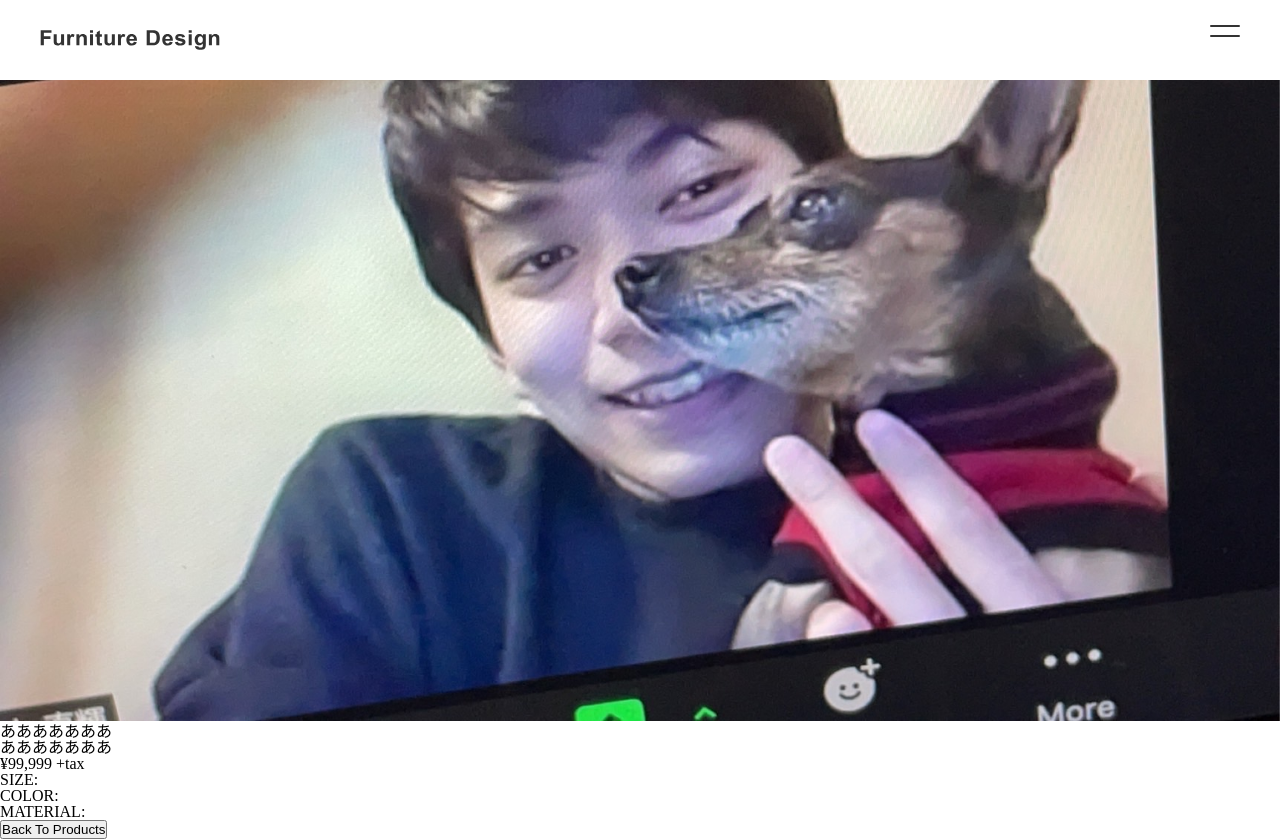
Repository: kohei23n/tenfeet
Page: menbers2/index.html
The author's editor kept a copy of each file at every save. The page is drawn from the files as they stood at one save, then again after a run of saves.
The browser window is 1280 px wide. The pictures show the whole page.

Above is the page before, as saved 2022-02-08 21:15:42.

After the next 4 saves:
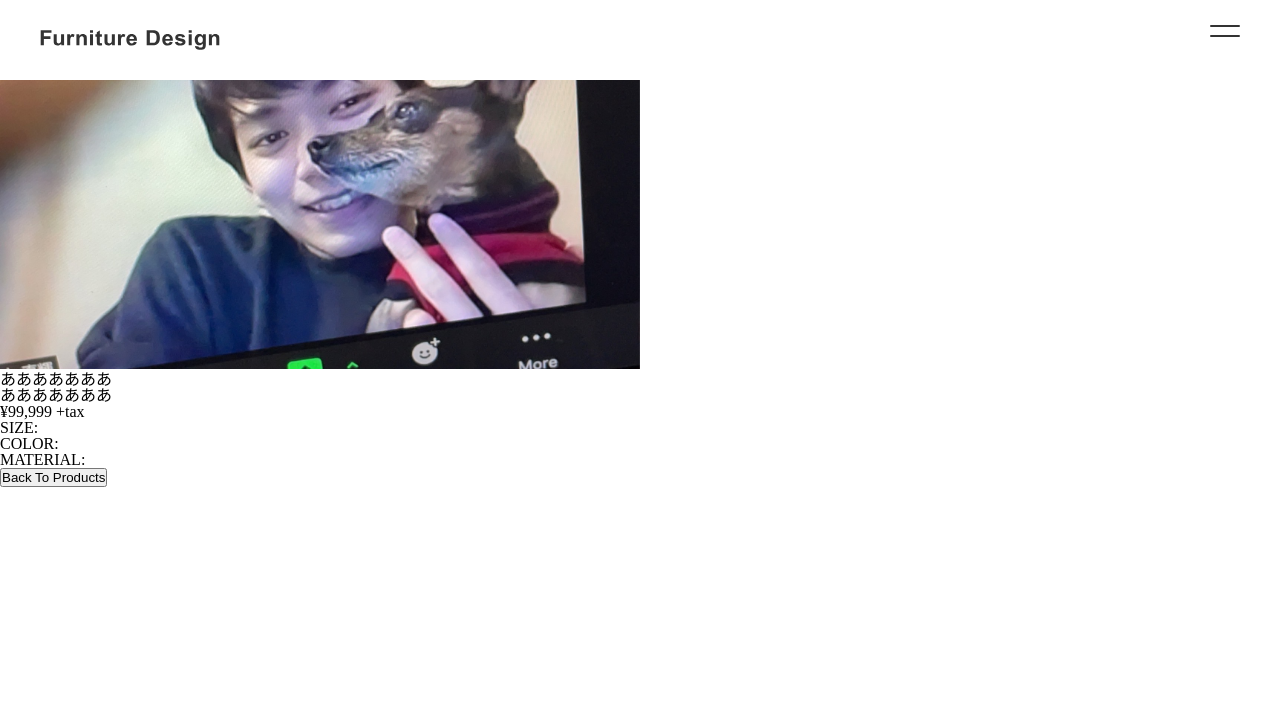
The 4 saves are shown as one change because they came seconds apart.
The last was saved 9 s later.
--- a/menbers2/menbers2.css
+++ b/menbers2/menbers2.css
@@ -98,5 +98,6 @@
 }
 
 .member_img{
-    width: 50;
+    width: 50%;
+    height: 50%;
 }

After the save that followed:
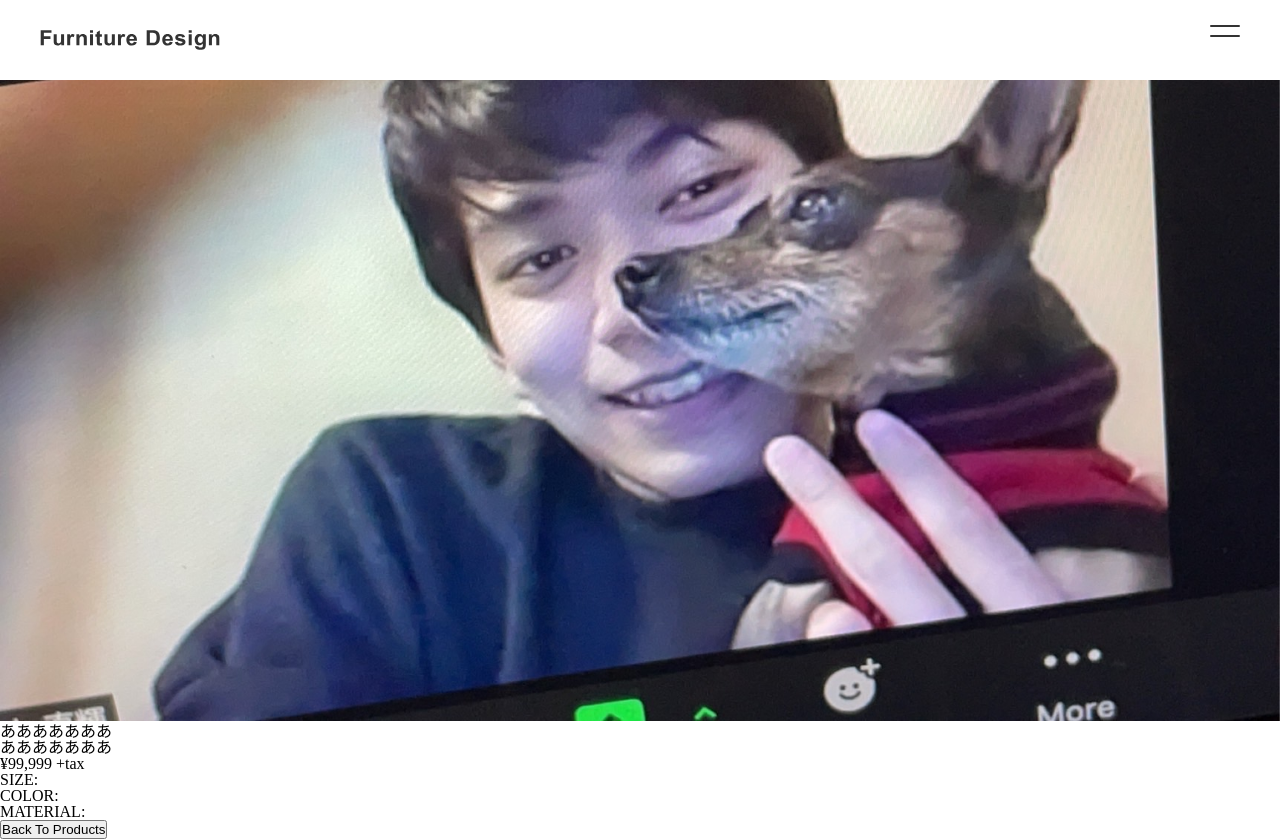
Saved 4 s later.
--- a/menbers2/menbers2.css
+++ b/menbers2/menbers2.css
@@ -98,6 +98,6 @@
 }
 
 .member_img{
-    width: 50%;
+    width: %;
     height: 50%;
 }
